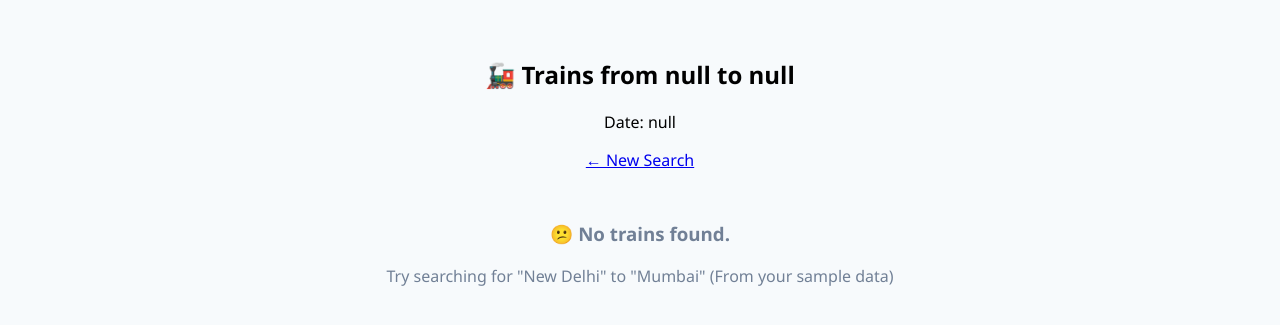
Repository: pallavi0113/Railway-Reservation
Page: http://localhost/RailwayReservationSystem/SearchServlet
These files come from the project's save history. The page is drawn as it stood at one moment and after the next save; the edit follows.
The browser window is 1280 px wide. The pictures show the whole page.
The page is served by Tomcat 9. Other server files are loaded and not shown. Queries for data that is not in the repository find no rows.

Above is the page before, as saved 2025-12-09 09:21:02.

### RailwayReservationSystem/src/main/webapp/search-results.jsp
<%@ page language="java" contentType="text/html; charset=UTF-8" pageEncoding="UTF-8"%>
<%@ page import="java.util.List,java.util.ArrayList, com.railway.model.Train" %>
<!DOCTYPE html>
<html>
<head>
    <title>Search Results</title>
    <style>
        body { font-family: 'Segoe UI', sans-serif; background: #f7fafc; padding: 30px; }
        .container { max-width: 900px; margin: 0 auto; }
        .header { margin-bottom: 30px; text-align: center; }
        .train-card { background: white; padding: 20px; border-radius: 8px; box-shadow: 0 2px 10px rgba(0,0,0,0.05); margin-bottom: 20px; display: flex; justify-content: space-between; align-items: center; border-left: 5px solid #667eea; }
        .train-info h3 { margin: 0 0 5px 0; color: #2d3748; }
        .train-route { color: #718096; font-size: 14px; }
        .train-time { font-weight: bold; color: #4a5568; margin-top: 10px; }
        .price-tag { font-size: 24px; color: #2b6cb0; font-weight: bold; }
        .btn-book { padding: 10px 25px; background: #48bb78; color: white; text-decoration: none; border-radius: 5px; font-weight: bold; transition: 0.3s; }
        .btn-book:hover { background: #38a169; }
        .no-results { text-align: center; margin-top: 50px; color: #718096; }
    </style>
</head>
<body>
    <div class="container">
        <div class="header">
            <h2>🚂 Trains from <%= request.getAttribute("source") %> to <%= request.getAttribute("destination") %></h2>
            <p>Date: <%= request.getAttribute("journeyDate") %></p>
            <a href="search-trains.jsp">← New Search</a>
        </div>

        <%
            List<Train> trains = (List<Train>) request.getAttribute("trainList");
            String journeyDate = (String) request.getAttribute("journeyDate");

            if (trains != null && !trains.isEmpty()) {
                for (Train t : trains) {
        %>
            <div class="train-card">
                <div class="train-info">
                    <h3><%= t.getTrainName() %> (<%= t.getTrainNumber() %>)</h3>
                    <div class="train-route">
                        <%= t.getSourceStation() %> ➝ <%= t.getDestinationStation() %>
                    </div>
                    <div class="train-time">
                        Dep: <%= t.getDepartureTime() %> | Arr: <%= t.getArrivalTime() %>
                    </div>
                    <div style="margin-top: 5px; color: <%= t.getAvailableSeats() > 0 ? "green" : "red" %>;">
                        Available Seats: <%= t.getAvailableSeats() %>
                    </div>
                </div>

                <div style="text-align: right;">
                    <div class="price-tag">₹<%= t.getFare() %></div>
                    <br>
                    <% if(t.getAvailableSeats() > 0) { %>
                        <a href="book-ticket.jsp?trainId=<%= t.getTrainId() %>&date=<%= journeyDate %>" class="btn-book">Book Now</a>
                    <% } else { %>
                        <span style="color: red; font-weight: bold;">SOLD OUT</span>
                    <% } %>
                </div>
            </div>
        <%
                }
            } else {
        %>
            <div class="no-results">
                <h3>😕 No trains found.</h3>
                <p>Try searching for "New Delhi" to "Mumbai" (From your sample data)</p>
            </div>
        <% } %>
    </div>
</body>
</html>

### RailwayReservationSystem/src/main/java/com/railway/servlet/SearchServlet.java
package com.railway.servlet;

import java.io.IOException;
import java.util.List;
import javax.servlet.ServletException;
import javax.servlet.annotation.WebServlet;
import javax.servlet.http.*;
import com.railway.dao.TrainDAO;
import com.railway.model.Train;

@WebServlet("/SearchServlet")
public class SearchServlet extends HttpServlet {
    private static final long serialVersionUID = 1L;

    protected void doGet(HttpServletRequest request, HttpServletResponse response)
            throws ServletException, IOException {

        // 1. Get input
        String source = request.getParameter("source");
        String destination = request.getParameter("destination");
        String date = request.getParameter("date"); // We pass this to the results page

        // 2. Call DAO
        TrainDAO trainDAO = new TrainDAO();
        List<Train> trainList = trainDAO.searchTrains(source, destination);

        // 3. Store results in Request scope
        request.setAttribute("trainList", trainList);
        request.setAttribute("journeyDate", date);
        request.setAttribute("source", source);
        request.setAttribute("destination", destination);

        // 4. Send to Results Page
        request.getRequestDispatcher("search-results.jsp").forward(request, response);
    }
}

### RailwayReservationSystem/src/main/java/com/railway/dao/TrainDAO.java
package com.railway.dao;

import java.sql.*;
import java.util.ArrayList;
import java.util.List;
import com.railway.model.Train;
import com.railway.util.DBConnection;

public class TrainDAO {
	public List<Train> getAllTrains() {
        List<Train> trains = new ArrayList<>();
        Connection conn = null;
        Statement stmt = null;
        ResultSet rs = null;
        try {
            conn = DBConnection.getConnection();
            stmt = conn.createStatement();
            String sql = "SELECT * FROM trains ORDER BY train_id";
            rs = stmt.executeQuery(sql);

            while (rs.next()) {
                Train train = extractTrainFromResultSet(rs);
                trains.add(train);
            }
        } catch (SQLException e) {
            e.printStackTrace();
        } finally {
            try {
                if (rs != null) rs.close();
                if (stmt != null) stmt.close();
                if (conn != null) conn.close();
            } catch (SQLException e) {
                e.printStackTrace();
            }
        }
        return trains;
    }

	public List<Train> searchTrains(String source, String destination) {
        List<Train> trains = new ArrayList<>();
        Connection conn = null;
        PreparedStatement pstmt = null;
        ResultSet rs = null;
        try {
            conn = DBConnection.getConnection();
            String sql = "SELECT * FROM trains WHERE UPPER(source_station) LIKE UPPER(?) " +
                        "AND UPPER(destination_station) LIKE UPPER(?) AND available_seats > 0";
            pstmt = conn.prepareStatement(sql);
            pstmt.setString(1, "%" + source + "%");
            pstmt.setString(2, "%" + destination + "%");

            rs = pstmt.executeQuery();
            while (rs.next()) {
                Train train = extractTrainFromResultSet(rs);
                int dist = getRouteDistance(conn, train.getTrainId(), source, destination);
                train.setJourneyDistance(dist);
                trains.add(train);
            }
        } catch (SQLException e) {
            e.printStackTrace();
        } finally {
            try {
                if (rs != null) rs.close();
                if (pstmt != null) pstmt.close();
                if (conn != null) conn.close();
            } catch (SQLException e) {
                e.printStackTrace();
            }
        }
        return trains;
    }

	public Train getTrainById(int trainId) {
        Connection conn = null;
        PreparedStatement pstmt = null;
        ResultSet rs = null;
        try {
            conn = DBConnection.getConnection();
            String sql = "SELECT * FROM trains WHERE train_id = ?";
            pstmt = conn.prepareStatement(sql);
            pstmt.setInt(1, trainId);

            rs = pstmt.executeQuery();
            if (rs.next()) {
                return extractTrainFromResultSet(rs);
            }
        } catch (SQLException e) {
            e.printStackTrace();
        } finally {
            try {
                if (rs != null) rs.close();
                if (pstmt != null) pstmt.close();
                if (conn != null) conn.close();
            } catch (SQLException e) {
                e.printStackTrace();
            }
        }
        return null;
    }

	public boolean updateAvailableSeats(int trainId, int seatsToBook) {
        Connection conn = null;
        PreparedStatement pstmt = null;
        try {
            conn = DBConnection.getConnection();
            String sql = "UPDATE trains SET available_seats = available_seats - ? " +
                        "WHERE train_id = ? AND available_seats >= ?";
            pstmt = conn.prepareStatement(sql);
            pstmt.setInt(1, seatsToBook);
            pstmt.setInt(2, trainId);
            pstmt.setInt(3, seatsToBook);

            int result = pstmt.executeUpdate();
            return result > 0;
        } catch (SQLException e) {
            e.printStackTrace();
            return false;
        } finally {
            try {
                if (pstmt != null) pstmt.close();
                if (conn != null) conn.close();
            } catch (SQLException e) {
                e.printStackTrace();
            }
        }
    }

	private Train extractTrainFromResultSet(ResultSet rs) throws SQLException {
        Train train = new Train();
        train.setTrainId(rs.getInt("train_id"));
        train.setTrainName(rs.getString("train_name"));
        train.setTrainNumber(rs.getString("train_number"));
        train.setSourceStation(rs.getString("source_station"));
        train.setDestinationStation(rs.getString("destination_station"));
        train.setDepartureTime(rs.getString("departure_time"));
        train.setArrivalTime(rs.getString("arrival_time"));
        train.setTotalSeats(rs.getInt("total_seats"));
        train.setAvailableSeats(rs.getInt("available_seats"));
        train.setFare(rs.getDouble("fare"));
        return train;
    }

	private int getRouteDistance(Connection conn, int trainId, String src, String dest) {
	    int km1 = 0, km2 = 0;
	    try {
	        PreparedStatement ps = conn.prepareStatement("SELECT km_from_source FROM station_distances WHERE train_id=? AND LOWER(station_name) LIKE LOWER(?)");

	        // Get Source KM
	        ps.setInt(1, trainId); ps.setString(2, src);
	        ResultSet rs1 = ps.executeQuery();
	        if(rs1.next()) km1 = rs1.getInt(1);

	        // Get Dest KM
	        ps.setInt(1, trainId); ps.setString(2, dest);
	        ResultSet rs2 = ps.executeQuery();
	        if(rs2.next()) km2 = rs2.getInt(1);

	        // If either station is missing in the distance table, return 0 (or fallback logic)
	        if(km1 == 0 && km2 == 0) return 0;

	        return Math.abs(km2 - km1); // Absolute difference (e.g. |200 - 500| = 300km)
	    } catch(Exception e) { return 0; }
	}

}

### RailwayReservationSystem/src/main/java/com/railway/util/DBConnection.java
package com.railway.util;

import java.sql.Connection;
import java.sql.DriverManager;
import java.sql.SQLException;

public class DBConnection {
	private static final String URL = "jdbc:oracle:thin:@localhost:1521:xe";
	private static final String USERNAME = "system";
	private static final String PASSWORD = "system";

	static {
		try {
			Class.forName("oracle.jdbc.driver.OracleDriver");
		}
		catch(ClassNotFoundException e) {
			e.printStackTrace();
			throw new RuntimeException("Oracle JDBC Driver not found", e);
		}
	}

	public static Connection getConnection() throws SQLException{
		return DriverManager.getConnection(URL,USERNAME,PASSWORD);
	}

	public static void closeConnection(Connection conn) {
		if(conn != null ) {
			try {
				conn.close();
			}
			catch(SQLException e) {
				e.printStackTrace();
			}
		}
	}
} // End of Class

After the next save:
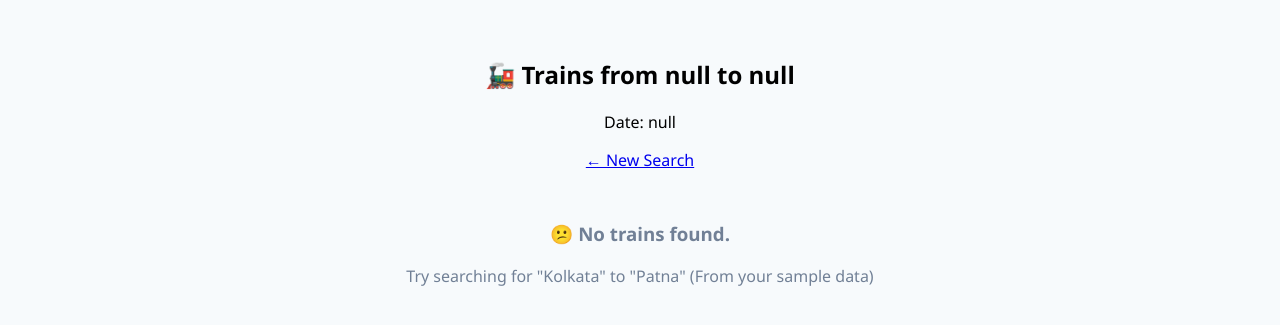
Saved 4 min 12 s later.
--- a/RailwayReservationSystem/src/main/webapp/search-results.jsp
+++ b/RailwayReservationSystem/src/main/webapp/search-results.jsp
@@ -30,28 +30,57 @@
             List<Train> trains = (List<Train>) request.getAttribute("trainList");
             String journeyDate = (String) request.getAttribute("journeyDate");
 
+            // We get the original Search terms to pass them to booking
+            String searchSource = (String) request.getAttribute("source");
+            String searchDest = (String) request.getAttribute("destination");
+
             if (trains != null && !trains.isEmpty()) {
                 for (Train t : trains) {
         %>
             <div class="train-card">
                 <div class="train-info">
                     <h3><%= t.getTrainName() %> (<%= t.getTrainNumber() %>)</h3>
+
                     <div class="train-route">
                         <%= t.getSourceStation() %> ➝ <%= t.getDestinationStation() %>
                     </div>
+
+                    <div style="color: #d69e2e; font-weight: bold; margin-top: 5px;">
+                        📍 Distance: <%= t.getJourneyDistance() %> km
+                    </div>
+
                     <div class="train-time">
                         Dep: <%= t.getDepartureTime() %> | Arr: <%= t.getArrivalTime() %>
                     </div>
+
                     <div style="margin-top: 5px; color: <%= t.getAvailableSeats() > 0 ? "green" : "red" %>;">
                         Available Seats: <%= t.getAvailableSeats() %>
                     </div>
                 </div>
 
                 <div style="text-align: right;">
-                    <div class="price-tag">₹<%= t.getFare() %></div>
-                    <br>
                     <% if(t.getAvailableSeats() > 0) { %>
-                        <a href="book-ticket.jsp?trainId=<%= t.getTrainId() %>&date=<%= journeyDate %>" class="btn-book">Book Now</a>
+
+                        <form action="book-ticket.jsp" method="get">
+                            <input type="hidden" name="trainId" value="<%= t.getTrainId() %>">
+                            <input type="hidden" name="date" value="<%= journeyDate %>">
+                            <input type="hidden" name="source" value="<%= searchSource %>">
+                            <input type="hidden" name="destination" value="<%= searchDest %>">
+                            <input type="hidden" name="distance" value="<%= t.getJourneyDistance() %>">
+
+                            <label style="font-size: 12px; font-weight: bold; color: #718096;">Select Class:</label><br>
+                            <select name="trainClass" style="padding: 8px; border-radius: 5px; border: 1px solid #cbd5e0; margin-bottom: 10px;">
+                                <option value="GN">General / Local</option>
+                                <option value="SL">Sleeper</option>
+                                <option value="3AC">3rd AC</option>
+                                <option value="2AC">2nd AC</option>
+                                <option value="1AC">1st AC</option>
+                            </select>
+                            <br>
+
+                            <button type="submit" class="btn-book" style="border:none; cursor:pointer;">Book Now</button>
+                        </form>
+
                     <% } else { %>
                         <span style="color: red; font-weight: bold;">SOLD OUT</span>
                     <% } %>
@@ -63,7 +92,7 @@
         %>
             <div class="no-results">
                 <h3>😕 No trains found.</h3>
-                <p>Try searching for "New Delhi" to "Mumbai" (From your sample data)</p>
+                <p>Try searching for "Kolkata" to "Patna" (From your sample data)</p>
             </div>
         <% } %>
     </div>
